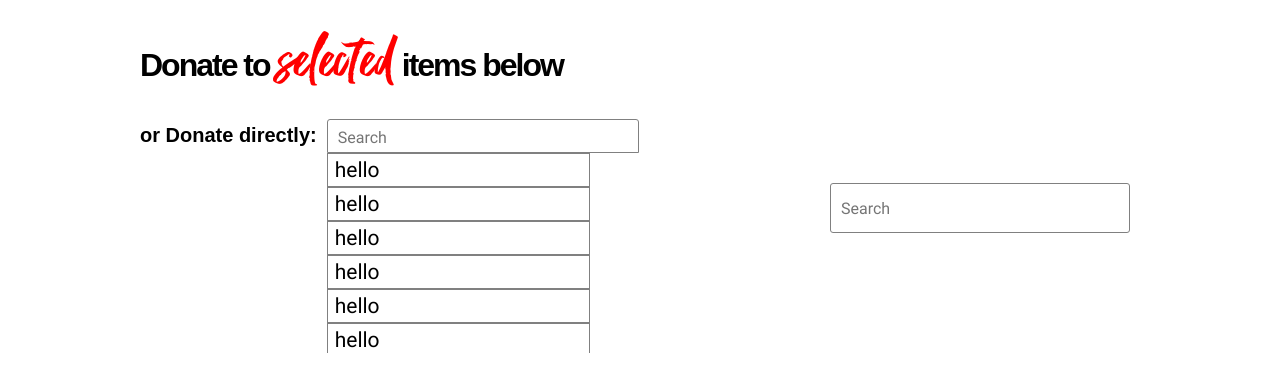
Repository: David-Waite/edableStyleChanges
Page: /
These files come from the project's save history. The page is drawn as it stood at one moment and after the next save; the edit follows.
The browser window is 1280 px wide. The pictures show the whole page.
The project was rebuilt for these pictures with package versions that can differ from the ones it lists, and the page was loaded fresh each time. Also part of the build but not shown: src/components/Item/ProgressBar.css, src/components/Volunteer/Volunteer.tsx, src/components/DonorForm/Message.css, src/components/Volunteer/VolunteerError.tsx, src/components/Default.tsx, src/components/DonorForm/Paypal.tsx, src/components/DonorForm/DonorForm.tsx, src/components/DonorForm/PastDonations.css and 8 more.

Above is the page before, as saved 2022-11-09 19:46:25.

### public/index.html
<!DOCTYPE html>
<html lang="en">
  <head>
    <meta charset="utf-8" />
    <link rel="icon" href="%PUBLIC_URL%/favicon.ico" />
    <meta name="viewport" content="width=device-width, initial-scale=1" />
    <meta name="theme-color" content="#000000" />
    <meta name="description" content="EdAble Donations System" />
    <link rel="apple-touch-icon" href="%PUBLIC_URL%/logo192.png" />
    <link rel="manifest" href="%PUBLIC_URL%/manifest.json" />
    <link
      rel="stylesheet"
      href="https://cdn.jsdelivr.net/npm/bootstrap@5.2.0-beta1/dist/css/bootstrap.min.css"
      integrity="sha384-0evHe/X+R7YkIZDRvuzKMRqM+OrBnVFBL6DOitfPri4tjfHxaWutUpFmBp4vmVor"
      crossorigin="anonymous"
    />
    <title>EdAble Donations</title>
  </head>
  <body>
    <noscript>You need to enable JavaScript to run this app.</noscript>
    <div id="root"></div>
  </body>
  <script src="./iframeResizer.contentWindow.min.js"></script>
</html>

### src/index.tsx
import React from 'react';
import ReactDOM from 'react-dom/client';
import './index.css';
import App from './App';
import reportWebVitals from './reportWebVitals';
import './fonts/Roboto/Roboto-Medium.ttf';
import './fonts/Lora/Lora-VariableFont_wght.ttf';

const root = ReactDOM.createRoot(
  document.getElementById('root') as HTMLElement
);
root.render(
  <React.StrictMode>
    <App />
  </React.StrictMode>
);

// If you want to start measuring performance in your app, pass a function
// to log results (for example: reportWebVitals(console.log))
// or send to an analytics endpoint. Learn more: https://bit.ly/CRA-vitals
reportWebVitals();

### src/index.css
body {
  margin: 0;
  -webkit-font-smoothing: antialiased;
  -moz-osx-font-smoothing: grayscale;
}

code {
  font-family: source-code-pro, Menlo, Monaco, Consolas, "Courier New",
    monospace;
}

* {
  box-sizing: border-box;
}

#page-wrap {
  padding-bottom: 10px;
  padding-top: 10px;
}
@font-face {
  font-family: "Roboto";
  src: local("Roboto"),
    url("./fonts/Roboto/Roboto-Medium.ttf") format("truetype");
}

@font-face {
  font-family: "Lora";
  src: local("Lora"),
    url("./fonts/Lora/Lora-VariableFont_wght.ttf") format("truetype");
}

@font-face {
  font-family: "black_stonealternative";
  src: local("blackStone"),
    url("./fonts/BlackStone/blackstone-alternative-webfont.woff") format("woff");
}

h1 {
  font-family: "Roboto";
  font-style: normal;
  font-weight: 700;
  font-size: 52px;
  line-height: 64px;
  /* identical to box height, or 123% */
  color: #000000;
}

h2 {
  font-family: "Lora";
  font-style: normal;
  font-weight: 700;
  font-size: 47px;
  line-height: 60px;
  /* identical to box height, or 128% */
  color: #f1f1f1;
}

h3 {
  font-family: "Lora";
  font-style: normal;
  font-weight: 700;
  font-size: 40px;
  line-height: 51px;
  color: #c4c4c4;
}

h4 {
  font-family: "Roboto";
  font-style: normal;
  font-weight: 700;
  font-size: 35px;
  line-height: 43px;
  /* identical to box height, or 123% */
  letter-spacing: 0.02em;
  color: #000000;
}

h5 {
  font-family: "Roboto";
  font-style: normal;
  font-weight: 700;
  font-size: 28px;
  line-height: 44px;
  /* identical to box height, or 157% */
  color: #000000;
}

h6 {
  font-family: "Roboto";
  font-style: normal;
  font-weight: 700;
  font-size: 21px;
  line-height: 25px;
  /* identical to box height */
  color: #000000;
}

body {
  font-family: "Roboto";
  font-style: normal;
  font-weight: 400;
  font-size: 21px;
  line-height: 32px;
  /* identical to box height, or 152% */
  color: #000000;
}

### src/App.tsx
import React from "react";
import "./App.css";
import { BrowserRouter, Routes, Route } from "react-router-dom";

import { PayPalScriptProvider } from "@paypal/react-paypal-js";
import Base from "./components/Base";
import Landing from "./components/Landing/Landing";
import Volunteer from "./components/Volunteer/Volunteer";
import VolunteerError from "./components/Volunteer/VolunteerError";
import Default from "./components/Default";
import Organisation from "./components/Organisation/Organisation";
import ItemPage from "./components/Item/ItemPage";
import Success from "./components/DonorForm/Success";
import Cancel from "./components/DonorForm/Cancel";
import PastDonations from "./components/DonorForm/PastDonations";
import PastItemDonations from "./components/DonorForm/PastItemDonations";
import DonateTime from "./components/Volunteer/DonateTime";

function App() {
  return (
    <PayPalScriptProvider
      options={{
        "client-id":
        process.env.REACT_APP_PAYPAL_CLIENT_ID||"ATT3Tn46NrmHggGqVC4mzWOZWlnbp2ID9DA0yQnhsgqPFIVPPlLhfSI_-atbZc3aN7n_k7wUVTyQJMnI",
        currency: "AUD",
      }}
    >
      <BrowserRouter>
        <Routes>
          <Route path="/" element={<Base />}>
            <Route path="/" element={<Landing />} />
            <Route path="volunteer" element={<Volunteer />} />
            <Route path="success" element={<Success />} />
            <Route path="organisation/:orgId" element={<Organisation />} />
            <Route path="cancel/:orgId" element={<Cancel />} />
            <Route path="volunteererror/:orgId" element={<VolunteerError />} />
            <Route path="organisation/:orgId" element={<PastDonations />} />
            <Route path="item/:orgID/:itemID" element={<ItemPage />} />
            <Route path="item/:orgID/:itemID" element={<PastItemDonations />} />
            <Route path="volunteer/organisation/:orgId" element={<DonateTime />} />
            <Route path="volunteer/success" element={<Success />} />

            {/* Using path="*"" means "match anything", so this route
                acts like a catch-all for URLs that we don't have explicit
              routes for. */}
            <Route path="*" element={<Default />} />
          </Route>
        </Routes>
      </BrowserRouter>
    </PayPalScriptProvider>
  );
}

export default App;

### src/App.css
.App {
  text-align: center;
}

.App-logo {
  height: 40vmin;
  pointer-events: none;
}

@media (prefers-reduced-motion: no-preference) {
  .App-logo {
    animation: App-logo-spin infinite 20s linear;
  }
}

.App-header {
  background-color: #282c34;
  min-height: 100vh;
  display: flex;
  flex-direction: column;
  align-items: center;
  justify-content: center;
  font-size: calc(10px + 2vmin);
  color: white;
}

.App-link {
  color: #61dafb;
}

@keyframes App-logo-spin {
  from {
    transform: rotate(0deg);
  }
  to {
    transform: rotate(360deg);
  }
}

.font-face-rob {
  font-family: "Roboto";
}

.font-face-lora {
  font-family: "Lora";
}

.font-face-Black {
  font-family: "black_stonealternative";
}

### src/components/Base.tsx
import { Outlet } from 'react-router-dom';

function BasePage() {
  return (
    <>
      {/* An <Outlet> renders whatever child route is currently active,
          so you can think about this <Outlet> as a placeholder for
        the child routes we defined above. */}
      <Outlet/>
    </>
  );
}

export default BasePage;

### src/components/Landing/Landing.tsx
import { useEffect, useState } from "react";
import "./Landing.css";
import { Link } from "react-router-dom";
import { db } from "../../config/firebase";
import { collection, query, onSnapshot, where } from "firebase/firestore";
import { Button, Container, Carousel, Row, Col } from "react-bootstrap";
import { ReactComponent as InclusionHero } from "./InclusionHero.svg";

import Sidebar from "./Sidebar";
import ItemsCollection from "./ItemsCollection";
import Organisation from "../Organisation/Organisation";

function Landing() {
  const [orgList, setOrgList] = useState<any>([]);

  // gets all the orgs from dbs
  useEffect(() => {
    const q = query(
      collection(db, "Organisations"),
      where("activeStatus", "==", true)
    );
    onSnapshot(q, (querySnapshot) => {
      // setOrgList dumps all the orgs in orgList
      setOrgList(
        querySnapshot.docs.map((doc) => ({
          id: doc.id,
          data: doc.data(),
        }))
      );
    });
  }, []);

  useEffect(() => {
    window.scrollTo(0, 0);
  }, []);

  function handleChange() {
    console.log("hi");
  }
  return (
    //   these lines set up the format of the page
    <>
      <div className="landing">
        {/* Burger menu */}

        <div className="App" id="outer-container">
          {/* Carousel */}
          <div className="slideshowCon">
            <Row>
              <Col>
                <div className="carouselContainer">
                  <Carousel
                    touch={true}
                    interval={4000}
                    indicators={true}
                    variant="light"
                  >
                    {orgList.map((org: any) => (
                      <Carousel.Item
                        key={org.id.toString()}
                        style={{
                          textAlign: "left",
                        }}
                      >
                        <Link
                          to={`organisation/${org.id}`}
                          style={{
                            textDecoration: "none",
                            color: "black",
                          }}
                        >
                          {/* this div contains the carousel item's contents and makes the whole carousel item a link (based on link tag above) */}
                          <div className="carousel-contents">
                            <img
                              className="carouselImage"
                              src={`${org.data.img}`}
                            />

                            <div className="caroursel-text">
                              <div className="carousel-contents-bottom">
                                <div>
                                  {" "}
                                  <h2 className="title">{org.data.name}</h2>
                                  <p className="orgSummary">
                                    {org.data.summary}
                                  </p>
                                </div>

                                <Button
                                  className="btnContribute"
                                  variant="warning"
                                >
                                  DONATE TO&#160;
                                  {org.data.name.toUpperCase()}!
                                </Button>
                              </div>
                            </div>
                          </div>
                        </Link>
                      </Carousel.Item>
                    ))}
                  </Carousel>
                </div>
              </Col>
            </Row>
          </div>
        </div>

        <div>
          <h2 className="pageTitle">
            Donate to <span>selected</span> items below
            <br />
          </h2>
          <div className="selectOrgCon">
            <h2 className="selectOrg">or Donate directly:</h2>
            <div className="orgSearchBar">
              <input
                className="input"
                type="text"
                placeholder="Search"
                onChange={handleChange}
                onClick={handleChange}
              />
              <div className="orgNameCon">
                <div className="orgName">
                  <a>hello</a>
                </div>
                <div className="orgName">
                  <a>hello</a>
                </div>
                <div className="orgName">
                  <a>hello</a>
                </div>
                <div className="orgName">
                  <a>hello</a>
                </div>
                <div className="orgName">
                  <a>hello</a>
                </div>
                <div className="orgName">
                  <a>hello</a>
                </div>
                <div className="orgName">
                  <a>hello</a>
                </div>
              </div>
            </div>
          </div>
        </div>

        <ItemsCollection orgList={orgList} />
      </div>
    </>
  );
}

export default Landing;

### src/components/Landing/Landing.css
.carousel-control-next,
.carousel-control-prev {
  width: 10%;
}

.landing {
  max-width: 1000px;

  margin: 0px auto 90px;
}
.pageTitle {
  font-size: 32px;
  color: black;
  font-family: sans-serif;
  margin-top: 60px;
  margin-bottom: 40px;
  letter-spacing: -2px;
  line-height: 0px;
  font-weight: 700;
}

.title {
  font-size: 32px;
  color: white;
  font-family: sans-serif;
}
.pageTitle span {
  font-family: "black_stonealternative";
  margin-left: 0px;
  margin-right: 0px;
  font-size: 55px;
  letter-spacing: 1px;
  font-weight: 100;
}

.selectOrg {
  font-size: 20px;
  color: black;
  font-family: sans-serif;

  font-weight: 700;
}
.selectOrgCon {
  display: flex;

  margin-bottom: 0px;
}

.orgSearchBar input {
  height: auto;
  padding: 0 10px;
  border-radius: 3px 3px 0 0;
  box-shadow: none;
}

.orgSearchBar input::placeholder {
  font-size: 16px;
}

.orgSearchBar {
  padding-top: 14px;
  margin-left: 10px;
}

.orgNameCon {
  position: absolute;
  max-height: 200px;
  overflow: scroll;
}
.orgName {
  padding-left: 7px;
  width: 263px;
  border: 0.1px solid grey;
  background-color: white;
}

.col {
  padding: 0;
}

.navBarContainer {
  margin-left: 30px;
  margin-top: 10px;
  position: absolute;
  color: white;
}

.carousel {
  /* margin: 3px; */
  /* border-radius: 30px; */

  color: white;
  /* height: ; */
}

.carouselImage {
  object-fit: cover;
  height: calc(500px - 140px);
}

.carousel-contents {
  display: flex;

  flex-direction: column;
  justify-content: flex-end;

  color: white;
  height: 500px;
}

.carousel-indicators {
  margin-bottom: 10px;
}

.carousel-contents-bottom {
  display: flex;
  align-items: center;
  justify-content: space-between;
  gap: 10px;

  margin-bottom: 30px;
}

.caroursel-text {
  padding: 0px 25px;
  height: 140px;
  background-color: #333333;
}

.btnContribute {
  background-color: #e50040;
  color: white;
  border: none;
  border-radius: 3px;
}

.btnContribute span {
  margin-left: 3px;
  font-size: 16px;
  font-weight: 400;
  color: white;
}

.btnContribute div {
  font-size: 16px;
  font-weight: 400;
  margin: 0;
}

.btnContribute:hover {
  background-color: #d4033e;
  color: white;
}

.orgSummary {
  font-size: 16px;
  line-height: 25px;
  margin-bottom: 0px;
}

.imgCarousel {
  width: 100%;
  height: 600px;
}

.orgList {
  font-family: sans-serif;
  font-size: 20px;
  color: black;
}

.orgListCon {
  display: flex;
  align-items: center;
}
@media (max-width: 1040px) {
  .landing {
    padding: 0 20px;
  }
}

@media (max-width: 900px) {
  .title {
    font-size: 28px !important;
  }
}

@media (max-width: 800px) {
  .carousel-contents-bottom {
    flex-direction: column;
    align-items: flex-start;

    gap: 0px;
  }
  .caroursel-text {
    height: 200px;
  }
}

@media (max-width: 500px) {
  .btnContribute div {
    width: 100%;
  }

  .caroursel-text {
    height: 220px;
  }
}

@media (max-width: 370px) {
  .btnContribute {
    margin-top: -10px;
    font-size: 10px;
  }
}

@media (max-width: 325px) {
  .btnContribute span {
    font-size: 9px;
  }
}

/* #carousel-indicators {
    color:rgb(17, 0, 61)
} */

/* Button {
  font-size: x-small;
  style={{ backgroundImage: `url(${org.data.img})` }}




   <img
                              className="imgCarousel"
                              src={org.data.img}
                              alt={`${org.data.name}` + "'s logo"}
                            />
} */

### src/components/Landing/ItemsCollection.tsx
import { useState, useEffect } from "react";
import {
  collectionGroup,
  query,
  onSnapshot,
  collection,
  where,
  getDocs,
} from "firebase/firestore";
import { db } from "../../config/firebase";
import Card from "react-bootstrap/Card";
import ProgressBar from "react-bootstrap/ProgressBar";
import { Link } from "react-router-dom";
import styles from "./ItemsCollection.module.css";
import "../Item/ProgressBar.css";

function ItemsCollection(props: any) {
  const [itemList, setItemList] = useState<any>([]);
  const [search, setSearch] = useState<string>("");

  useEffect(() => {
    const q = query(
      collectionGroup(db, "Items"),
      where("activeStatus", "==", true)
    );

    onSnapshot(q, async (querySnapshot) => {
      setItemList(
        querySnapshot.docs.map((doc) => ({
          id: doc.id,
          data: doc.data(),
          parentDoc: doc.ref.parent.parent?.id,
        }))
      );
    });
  }, []);

  function mergeLists() {
    const mergeList: any = [];
    itemList.map((item: any) => {
      props.orgList.map((org: any) => {
        if (item.parentDoc === org.id) {
          if (item.data.activeStatus === true) {
            mergeList.push({
              ...item,
              orgName: org.data.name,
              orgActiveStatus: org.data.activeStatus,
            });
          }
        }
      });
    });
    return mergeList;
  }

  const mergeList = mergeLists();

  const handleChange = (e: React.ChangeEvent<HTMLInputElement>) => {
    setSearch(e.target.value);
  };
  const filteredItems = mergeList.filter((item: any) =>
    item.data.name.toLowerCase().includes(search.toLowerCase())
  );

  return (
    <>
      <div className={styles.containerDiv}>
        <div
          className={styles.searchBar}
          style={{
            borderRadius: "3px",
            display: "flex",
            alignItems: "right",
            justifyContent: "right",
          }}
        >
          <input
            style={{ fontSize: "16px" }}
            className={styles.input}
            type="text"
            onChange={handleChange}
            placeholder="Search"
          />
        </div>

        <div className={styles.cardParentDiv}>
          {filteredItems.map((item: any) => (
            <div key={item.id.toString()} className={styles.cards}>
              <div className={styles.cardImage}>
                <img src={item.data.img} alt={`Image of  ${item.data.name}`} />
              </div>

              <div className={styles.cardBody}>
                <div>
                  <h3 className={styles.cardTitle}>
                    {item.orgName}:
                    <br />
                    <span>{item.data.name}</span>
                  </h3>

                  <p className={styles.cardDes}>{item.data.summary}</p>
                </div>

                <div className={styles.bottomHalfCard}>
                  <p>
                    ${item.data.totalDonationsValue || 0} of $
                    {item.data.initialPrice}
                  </p>
                  <ProgressBar
                    striped
                    now={
                      item.data.totalDonationsValue
                        ? (item.data.totalDonationsValue /
                            item.data.initialPrice) *
                          100
                        : 0
                    }
                    label={`${Math.round(
                      (item.data.totalDonationsValue / item.data.initialPrice) *
                        100
                    )}%`}
                  />
                  <Link
                    style={{
                      textDecoration: "none",
                      color: "black",
                    }}
                    to={`item/${item.parentDoc}/${item.id}`}
                  >
                    <div className={styles.btn}>DONATE NOW!</div>
                  </Link>
                </div>
              </div>
            </div>
          ))}
        </div>
      </div>
    </>
  );
}

export default ItemsCollection;

### src/components/Organisation/Organisation.module.css
.body {
  background-color: black;
}

* {
  margin: 0;
  padding: 0;
}

img {
  max-width: 100%;
}

.section {
  max-width: 1000px;
  margin: 0 auto;
  background-color: white;
}

.orgName,
.volunteerOrgName span {
  font-family: "black_stonealternative";
  margin-left: 0px;
  margin-right: 0px;
  font-size: 55px;
  font-weight: 100;
  color: #5e17a9;
  line-height: 45px;
}

.orgNameSpan,
.volunteerOrgName {
  font-size: 32px;
  color: black;
  font-family: sans-serif;
  font-weight: 600;
  line-height: normal;
}
.volunteerOrgName span {
  color: #5e17a9;
}
.line {
  margin: 20px 0 30px;
  height: 3px;
  width: 70px;
  background-color: #511493;
}

.itemName {
  font-size: 32px;
  color: black;
  font-family: sans-serif;
  font-weight: 600;
  line-height: normal;
}

.itemImgDesktop {
  margin-bottom: 20px;
}

.sideIdmage {
  display: flex;
  flex-direction: column;
}

.itemImgMobile,
.mobileSideImg {
  display: none;
}

.itemName span {
  color: #511493;
  font-size: 33px;
}

.des {
  margin-top: 20px;
  font-size: 16px;
  font-weight: 100;
  line-height: 25px;
  color: #333333;
}
.mainContent {
  margin-top: 40px;
  display: grid;
  grid-template-columns: 1fr 1.5fr;
  gap: 80px;
}
.btn {
  display: flex;
  align-items: center;
  height: 40px;
  color: white;

  border-radius: 3px !important;
  font-size: 16px;
  font-weight: 400;
  padding: 0 15px;
}

a {
  text-decoration: none !important;
}
.websiteBtn {
  height: 40px;

  border-radius: 3px !important;
  font-size: 16px;
  font-weight: 400;
  padding: 10px 15px;

  color: white;
  background-color: #511493;
}
.btn:hover {
  color: white;
}

.goBack {
  background-color: #e50040;
}

.goBack:hover {
  background-color: #f16800;
}

.orgImg {
  width: 100%;
  height: 500px;
  object-fit: cover;
}

.website {
  padding: 30px;
  margin-top: 10px;
  background: linear-gradient(58.89deg, #5e17a9 31.3%, #e50040 67.75%);
  color: white;
}

.website div {
  margin-top: 10px;
}
.website a {
  background-color: #e50040;
  width: 100%;
  color: white;
  border-radius: 3px !important;
  font-size: 16px;
  font-weight: 400;
  padding: 10px 15px;
}

.header {
  margin: 10px 0;
  display: flex;
  gap: 10px;

  align-items: center;
}

h6 {
  margin-top: 30px;
  font-size: 33px;
  font-weight: 400;
  line-height: 30px;
}

h6 div {
  font-family: "black_stonealternative";
  margin-top: 30px;
  color: #5e17a9;
  font-size: 55px;
  letter-spacing: 1px;
  font-weight: 100;
}

.orgDescription {
  margin-top: 20px;
  font-size: 16;
}

.formCon {
  margin-top: 20px;
}

.btnPurple {
  background-color: #511493;
}
.topItem {
  display: flex;
  align-items: center;
  gap: 40px;
}

.backButton {
  margin-top: 30px;
  color: white;
  border-radius: 3px;
  background-color: #e50040;
  border: none;
}

.backButton:hover {
  color: white;

  background-color: #d4033e;
}

.topButton:hover {
  background-color: #f16800;
}

.card {
  border-radius: 3px;
  border: none;

  background-color: #f4f4f4;
}

.card img {
  width: 100%;
}

.cardContent {
  padding: 20px;
}

.cardTitle {
  font-size: 18px;
  color: black;
  font-family: sans-serif;
  height: auto;
  line-height: 25px;
}

.cardDes {
  margin-top: 0px;
  color: rgb(29, 29, 29);
  font-size: 16px;
  letter-spacing: 0.1px;
  line-height: 20px;
  font-weight: 400;
}

@media (max-width: 1040px) {
  .section {
    padding: 0 20px;
  }
}
@media (max-width: 700px) {
  .content {
    padding: 0 20px 50px;
  }
  .formContainer {
    padding: 30px 20px;
  }
  .topItem {
    display: flex;
    flex-direction: column;
    gap: 40px;
  }
  .card {
    width: 100%;
  }
}

@media (max-width: 900px) {
  .mainContent {
    display: grid;
    grid-template-columns: 1fr;
    gap: 20px;
    margin-bottom: 10px;
  }
  .itemImgDesktop,
  .desktopSideImg {
    display: none;
  }
  .mobileSideImg {
    display: block;
  }

  .itemImgMobile {
    display: block;
    width: 100%;
  }
}

@media (max-width: 500px) {
  label {
    font-size: 10px;
  }

  h6 {
    font-size: 25px;
  }
  h6 span {
    font-size: 40px;
  }
  .btn {
    font-size: 12px;
  }
}

### src/components/Landing/ItemsCollection.module.css
.containerDiv {
  /* background-color: rgb(212, 238, 249); */
  border-radius: 40px;
}

.searchBar {
  border-radius: 3px !important;
  padding: 0;
}
.title {
  font-size: 32px;
  color: black;
  font-family: sans-serif;
  margin-top: 60px;
  margin-bottom: 40px;

  letter-spacing: -2px;
}

.title span {
  font-family: "black_stonealternative";
  margin-left: 0px;
  margin-right: 0px;
  font-size: 55px;
  letter-spacing: 1px;
  font-weight: 100;
}

.input {
  margin: 10px;
  width: 300px;
  border-radius: 3px;
  padding: 2px 10px;
}

.cardParentDiv {
  margin-top: 20px;
  display: grid;
  grid-template-columns: 1fr 1fr 1fr;
  gap: 30px;
}

.bottomHalfCard {
  align-self: end;
}
.cardParentDiv img {
  width: 100%;
  height: 180px;
  object-fit: cover;
  padding: 0;
  margin: 0;
}

.cardImage {
  height: 180px;
}
.cardTitle {
  font-size: 18px;
  color: black;
  font-family: sans-serif;
  height: auto;
  line-height: 25px;
}

.cardTitle span {
  color: #e50040;
}

.cardDes {
  height: 60px;
  margin-top: 0px;
  color: rgb(29, 29, 29);
  font-size: 16px;
  letter-spacing: 0.1px;
  line-height: 16px;
  font-weight: 400;
}

.btn {
  text-decoration: none;
  color: white;
  display: flex;
  align-items: center;
  justify-content: center;
  height: 40px;
  margin-top: 10px;
  margin-bottom: -15px;
  text-align: center;
  border-radius: 3px;
  font-size: 16px;
  font-weight: 400;

  background-color: #5e17a9;
}

.cardBody {
  padding: 10px 10px 30px 10px;
}

.cards {
  border-radius: 3px;
  border: none;
  background-color: #f4f4f4;
}

@media (max-width: 1040px) {
  .cardParentDiv {
    grid-template-columns: 1fr 1fr;
    gap: 60px;
  }
  .input {
    width: calc(100vw - 40px);
  }
}

@media (max-width: 650px) {
  .cardParentDiv {
    grid-template-columns: 1fr 1fr;
    gap: 20px;
  }
}

@media (max-width: 600px) {
  .cardParentDiv {
    grid-template-columns: 1fr;
    gap: 20px;
  }
}

### src/components/DonorForm/DonorForm.css
.donorInfoContainer {
  background-color: rgb(238, 238, 238);
  padding: 20px 40px;
  border-radius: 3px;
}

.formTitle {
  color: #5e17a9;
}

.presetButtons {
  display: flex;
  align-items: center;
  justify-content: flex-start;
  margin-bottom: -20px;
}

label,
.or {
  padding: 5px 0;
  font-weight: lighter;
}

label span {
  color: rgb(176, 53, 53);
  margin-left: 2px;
}

input:disabled {
  background-color: rgb(197, 197, 197);
}

.checkbox {
  display: flex;
  justify-content: start;
  align-items: center;
}

.checkbox input {
  width: auto;
  margin-right: 5px;
}

.monthlyPayment {
  margin-top: 15px;
  margin-bottom: -25px;
}

.availablity {
  display: flex;
  gap: 60px;
  padding-bottom: 10px;
}

.isAron {
  margin-top: 15px;
}
.mailingList {
  margin-bottom: 15px;
}
input,
select {
  height: 50px;
  width: 100%;
  border: 0.1px solid;
  border-color: grey;
  border-radius: 5px;
}

select {
  padding: 15px 10px;
  border: none;
}

span {
  font-size: large;
  color: red;
}

.proceedPayBtn {
  color: white;
  background-color: #ff7000;
  border-color: #ff7000;
  margin-right: auto;
}

.proceedPayBtn:hover {
  background-color: #f16800;
  color: white;
}

button {
  border-radius: 4px;
  border: 1px solid rgb(215, 215, 215);
  padding: 5px 10px;
  font-size: 14px;
  margin: 5px;
  color: white;
  background-color: #ff7000;
  border-color: #ff7000;
}

button[type="submit"],
input[type="submit"] {
  background: #ec598f;
  color: white;
  text-transform: uppercase;
  border: none;
  margin-top: 40px;
  padding: 10px;
  font-size: 16px;
  font-weight: 400;
  letter-spacing: 10px;
}

Loaded but not shown: src/reportWebVitals.ts (common file); public/iframeResizer.contentWindow.min.js (library); src/config/firebase.js (25 lines, source omitted)

After the next save:
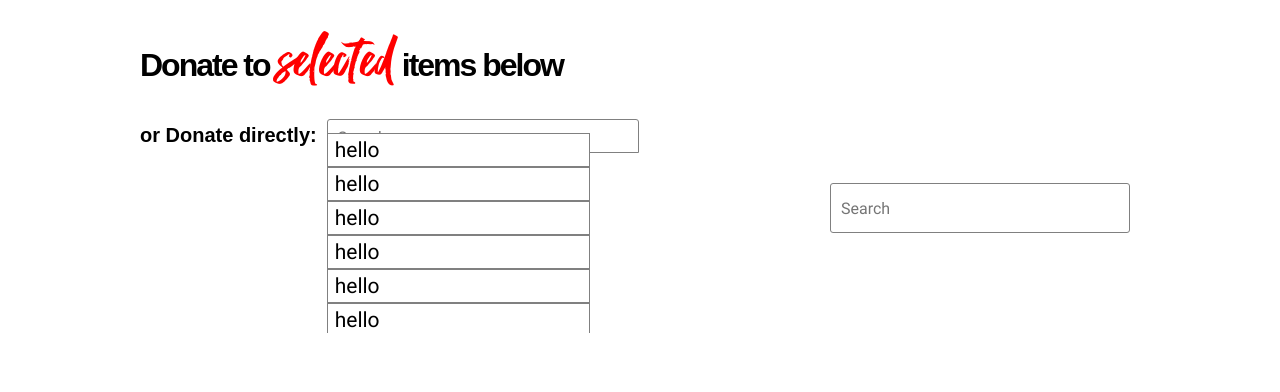
Saved 8 s later.
--- a/src/components/Landing/Landing.css
+++ b/src/components/Landing/Landing.css
@@ -63,6 +63,7 @@
 }
 
 .orgNameCon {
+  margin-top: -20px;
   position: absolute;
   max-height: 200px;
   overflow: scroll;
